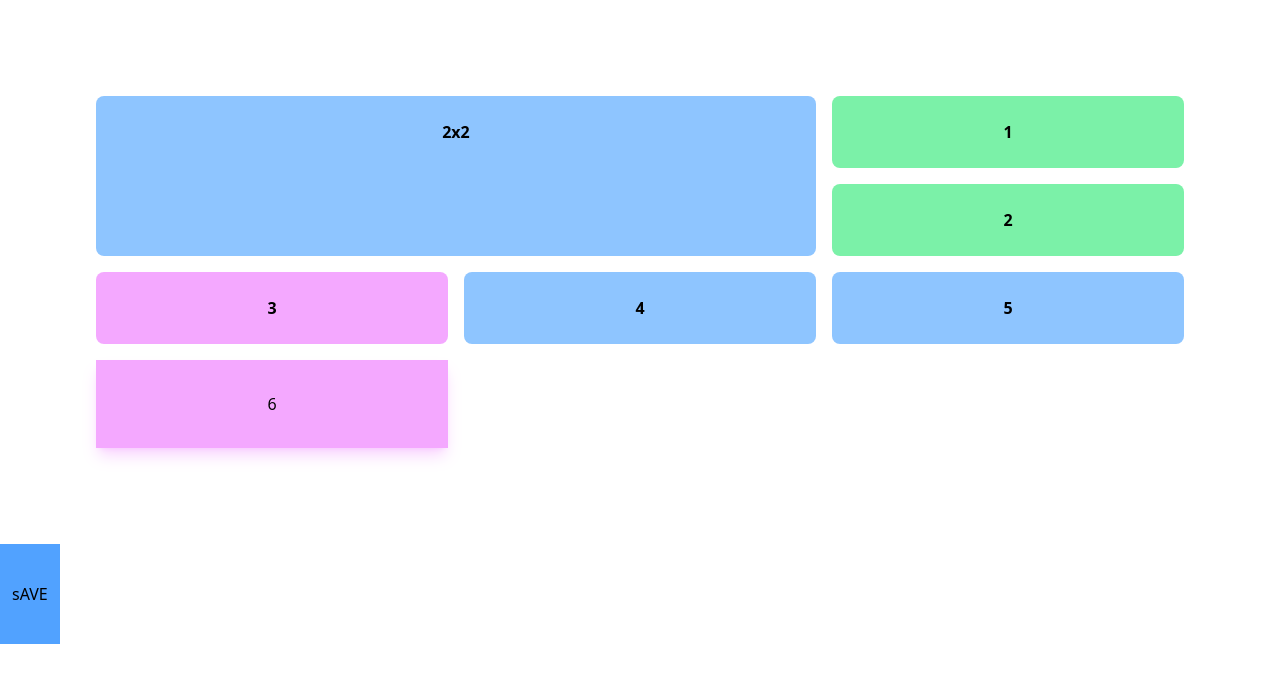
Repository: Abdulahi338/TailwindCss-exercise
Page: Exercise3/index.html
An editor plug-in stored every save of this project. The page is shown before and after a run of saves, followed by the edit.
The browser window is 1280 px wide. The pictures show the whole page.

Above is the page before, as saved 2025-08-12 17:55:57.

### Exercise3/index.html
<!DOCTYPE html>
<html lang="en">
<head>
    <meta charset="UTF-8">
    <meta name="viewport" content="width=device-width, initial-scale=1.0">
        <script src="https://cdn.jsdelivr.net/npm/@tailwindcss/browser@4"></script>

    <title>Exercise 2</title>
</head>
<body>

    <div class="grid grid-cols-3 grid-rwos-3 gap-4 m-24 text-center">
        <div class="bg-blue-300 p-6 font-bold col-span-2 row-span-2 rounded-lg"">2x2</div>
        <div class="bg-green-300 p-6 font-bold rounded-lg">1</div>
        <div class="bg-green-300 p-6 font-bold rounded-lg"">2</div>
        <div class="bg-fuchsia-300 p-6 font-bold rounded-lg"">3</div>
        <div class="bg-blue-300 p-6 font-bold rounded-lg"">4</div>
        <div class="bg-blue-300 p-6 font-bold rounded-lg"">5</div>
        <div class="bg-fuchsia-300 p-8 font-med shadow-lg shadow-fuchsia-300/50">6</div>

    </div>
            <button class="p-3 mx-auto w- h-[100px] bg-blue-400">sAVE</button>



</body>
</html>

After the next 2 saves:
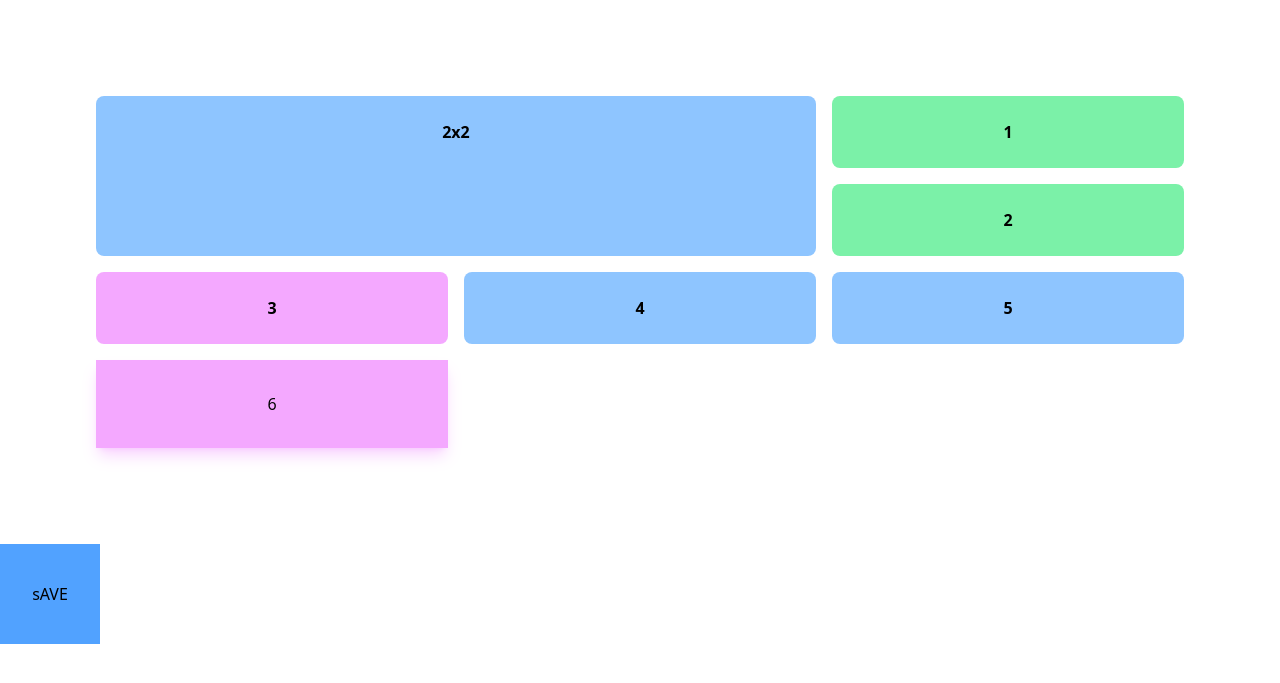
The 2 saves are shown as one change because they came seconds apart.
The last was saved 6 s later.
--- a/Exercise3/index.html
+++ b/Exercise3/index.html
@@ -19,7 +19,7 @@
         <div class="bg-fuchsia-300 p-8 font-med shadow-lg shadow-fuchsia-300/50">6</div>
 
     </div>
-            <button class="p-3 mx-auto w- h-[100px] bg-blue-400">sAVE</button>
+            <button class="p-3 mx-auto w-[100px] h-[100px] bg-blue-400">sAVE</button>
 
 
 
